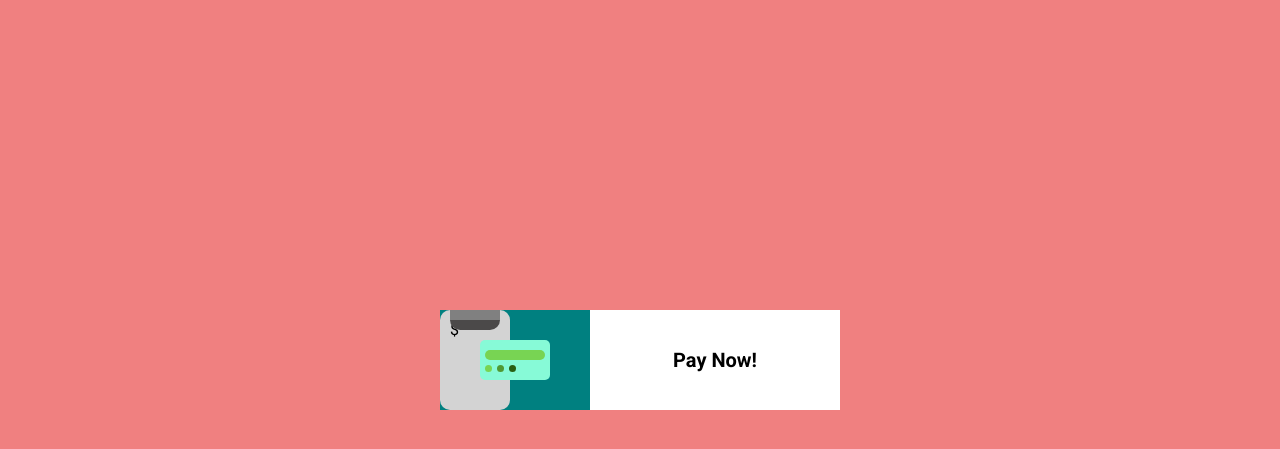
Repository: safak/animation
Page: index.html
The author's editor kept a copy of each file at every save. The page is drawn from the files as they stood at one save, then again after the next save.
The browser window is 1280 px wide. The pictures show the whole page.

Above is the page before, as saved 2020-12-19 01:05:38.

After the next save:
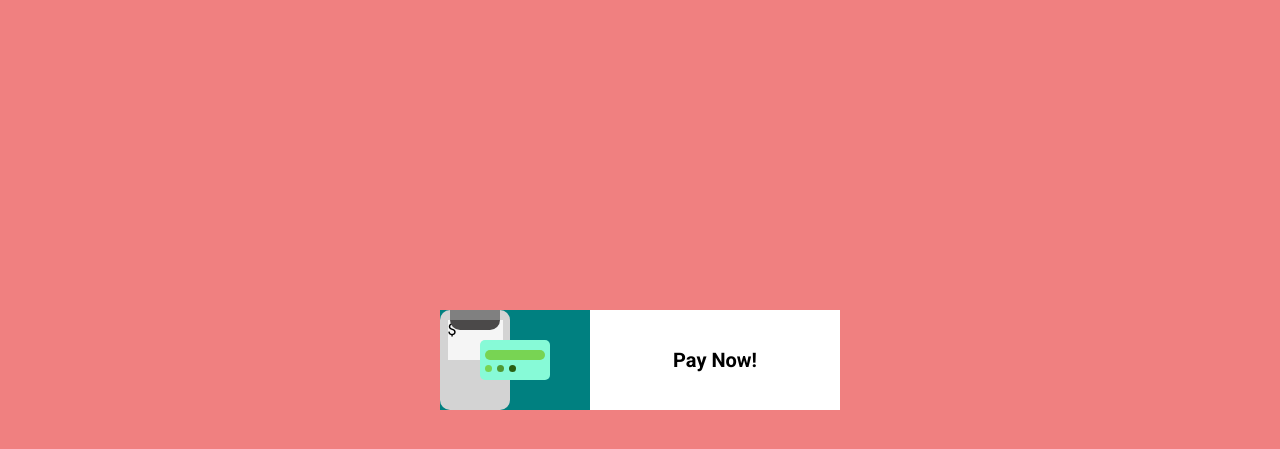
Saved 21 s later.
--- a/style.css
+++ b/style.css
@@ -102,7 +102,9 @@ body {
 }
 
 .post-screen{
-  width: 50px;
+  width: 55px;
+  height: 40px;
+  background-color: whitesmoke;
 }
 
 .text-container {
